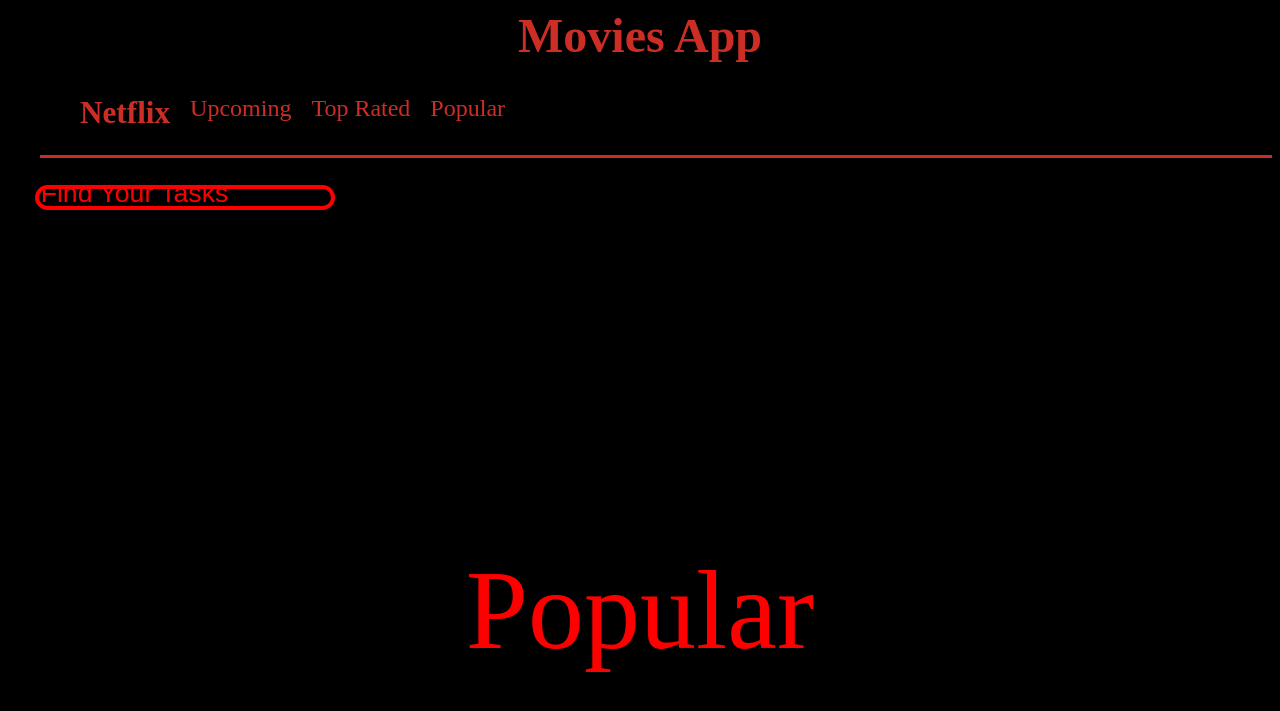
Repository: runner855/movie-app
Page: /popular
These files come from the project's save history. The page is drawn as it stood at one moment and after the next save; the edit follows.
The browser window is 1280 px wide. The pictures show the whole page.
The project was rebuilt for these pictures with package versions that can differ from the ones it lists, and the page was loaded fresh each time. Also part of the build but not shown: src/styles/TopRated.css, src/components/TopRated.tsx, src/styles/Upcoming.css, src/components/Upcoming.tsx.

Above is the page before, as saved 2022-11-16 17:36:49.

After the next save:
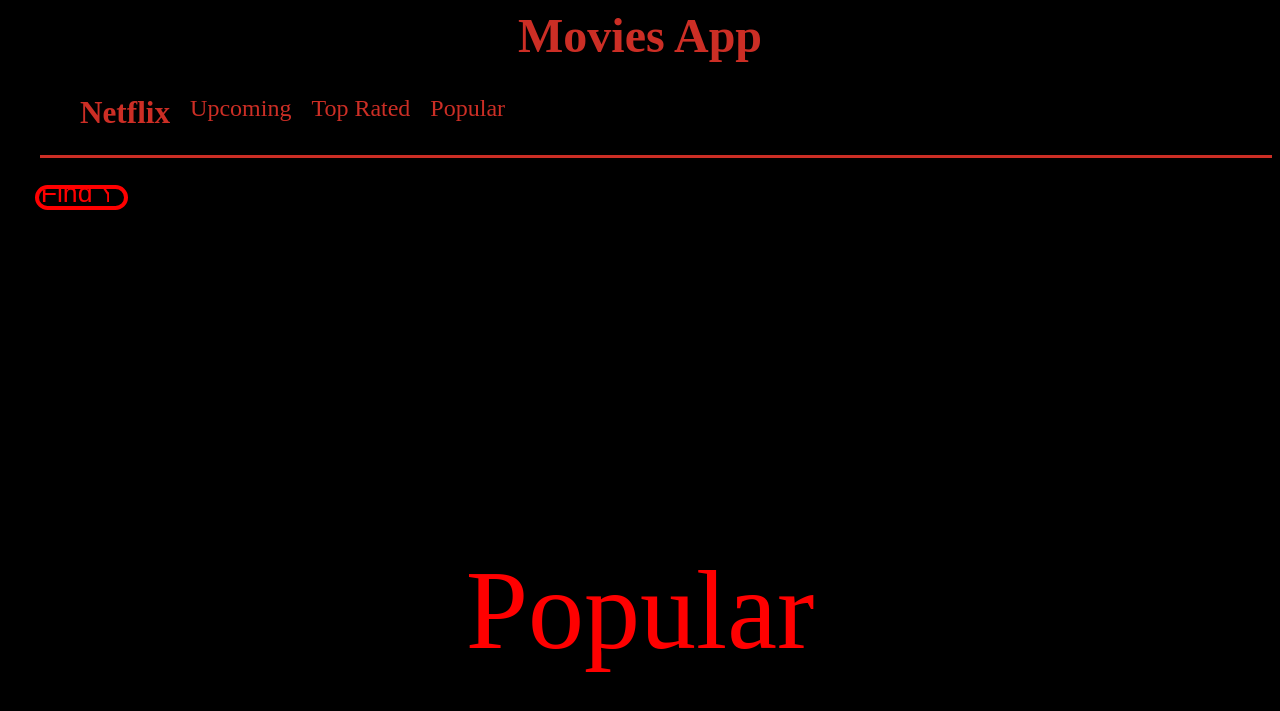
Saved 7 s later.
--- a/src/styles/MoviesFilter.css
+++ b/src/styles/MoviesFilter.css
@@ -7,7 +7,7 @@
   border: solid red 0.3em;
   border-radius: 2em;
   background-color: #0000;
-  width: 300px;
+  width: 7em;
 }
 
 input::placeholder {
